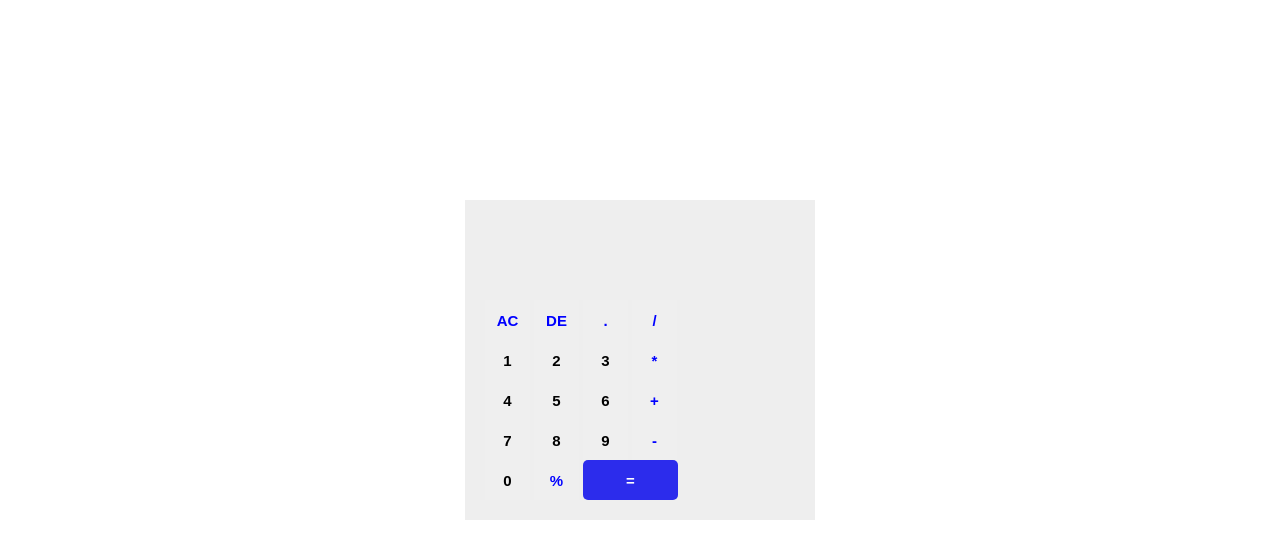
Repository: jerrys-arch/web-calculator
Page: index.html
An editor plug-in stored every save of this project. The page is shown before and after a run of saves, followed by the edit.
The browser window is 1280 px wide. The pictures show the whole page.

Above is the page before, as saved 2024-11-30 15:37:36.

After the next 2 saves:
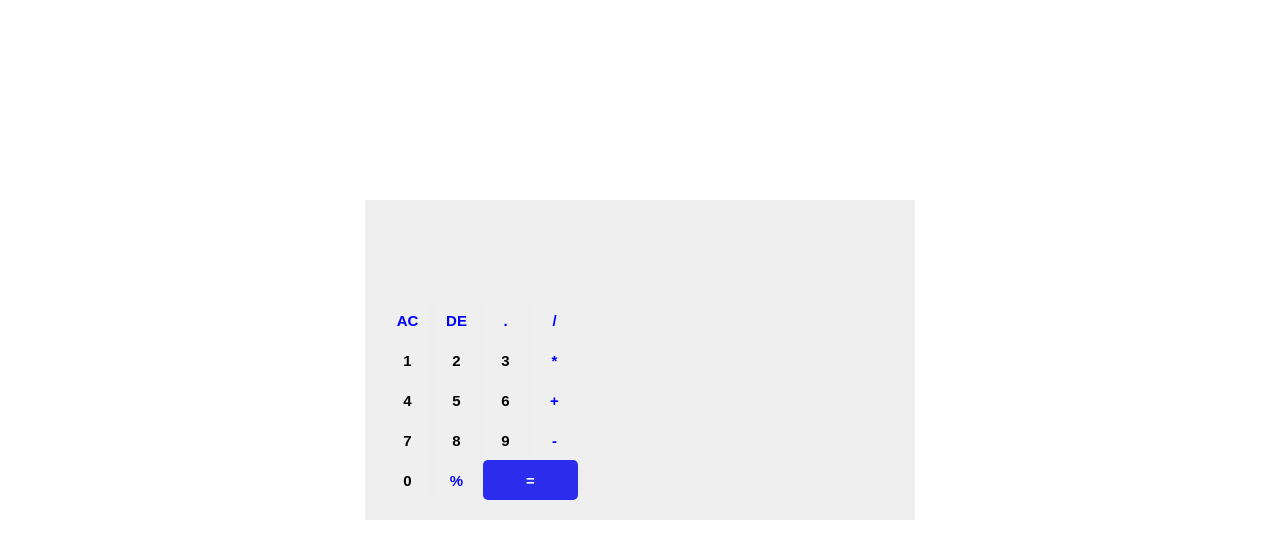
The 2 saves are shown as one change because they came seconds apart.
The last was saved 14 s later.
--- a/styles.css
+++ b/styles.css
@@ -13,7 +13,7 @@
 .calculator{
     align-items: center;
     padding:20px;
-    width:350px;
+    width:550px;
     background: #eee;
 }
 .calculator form input{
